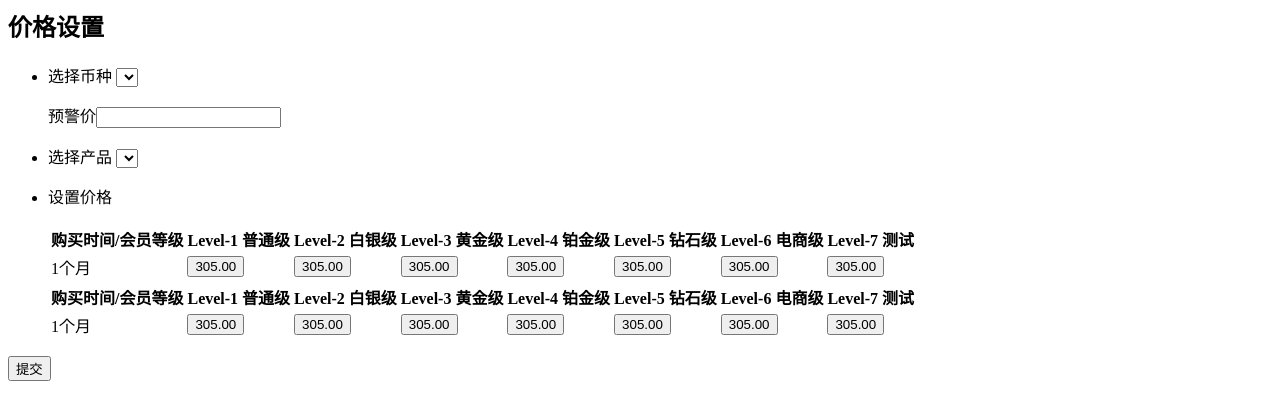
Repository: wangyan466393/racentSystem
Page: priceSetting.html
These files come from the project's save history. The page is drawn as it stood at one moment and after the next save; the edit follows.
The browser window is 1280 px wide. The pictures show the whole page.

Above is the page before, as saved 2020-08-13 10:40:56.

### priceSetting.html
<div id="content_box">
    <h2>价格设置</h2>
<div class="config_box">
    <div class="price_content">
        <ul>
            <li>
                <p>
                    <span>选择币种</span>
                    <select name="" id="" class="config_inp">
                        <option value=""></option>
                    </select>
                </p>
                <p>
                    <span>预警价</span><input type="text" class="config_inp">
                </p>
            </li>
            <li>
                <p>
                    <span>选择产品</span>
                    <select name="" id="" class="config_inp">
                        <option value=""></option>
                    </select>
                </p>
            </li>

            <li>
               <p> <span>设置价格</span></p>
               <div class="priceData_box">
                <table id="price_tabledata" class="price_tabledata">
                    <thead>
                        <tr>
                            <th>购买时间/会员等级</th>
                            <th>Level-1 普通级</th>
                            <th>Level-2 白银级</th>
                            <th>Level-3 黄金级</th>
                            <th>Level-4 铂金级</th>
                            <th>Level-5 钻石级</th>
                            <th>Level-6 电商级</th>
                            <th>Level-7 测试</th>
                        </tr>
                    </thead>
                    <tbody>
                        <tr>
                            <td>1个月</td>
                            <td><button>305.00</button></td>
                            <td><button>305.00</button></td>
                            <td><button>305.00</button></td>
                            <td><button>305.00</button></td>
                            <td><button>305.00</button></td>
                            <td><button>305.00</button></td>
                            <td><button>305.00</button></td>
                        </tr>
                    </tbody>
                </table>
                <table id="price_tabledata2" class="price_tabledata">
                    <thead>
                        <tr>
                            <th>购买时间/会员等级</th>
                            <th>Level-1 普通级</th>
                            <th>Level-2 白银级</th>
                            <th>Level-3 黄金级</th>
                            <th>Level-4 铂金级</th>
                            <th>Level-5 钻石级</th>
                            <th>Level-6 电商级</th>
                            <th>Level-7 测试</th>
                        </tr>
                    </thead>
                    <tbody>
                        <tr>
                            <td>1个月</td>
                            <td><button>305.00</button></td>
                            <td><button>305.00</button></td>
                            <td><button>305.00</button></td>
                            <td><button>305.00</button></td>
                            <td><button>305.00</button></td>
                            <td><button>305.00</button></td>
                            <td><button>305.00</button></td>
                        </tr>
                    </tbody>
                </table>
                </div>
            </li>

        </ul>
    </div>
</div>
</div>
<div class="email_back_btn">
    <button type="button">提交</button>
</div>

<script src="js/jquery-1.11.3.js"></script>
<script>
    getProductListsData();
    function getProductListsData() {
        var tableInfo = ""
        for (var i = 0; i < 15; i++) {    //遍历Table的所有Row
            tableInfo += `
            <li>
                <input type="checkbox"><label for="">PositiveSSL DV多域名SSL证书</label>
            </li>
            `
        }
        $(".right_content .intro").append(tableInfo)
    }
</script>

Loaded but not shown: js/jquery-1.11.3.js (library)

After the next save:
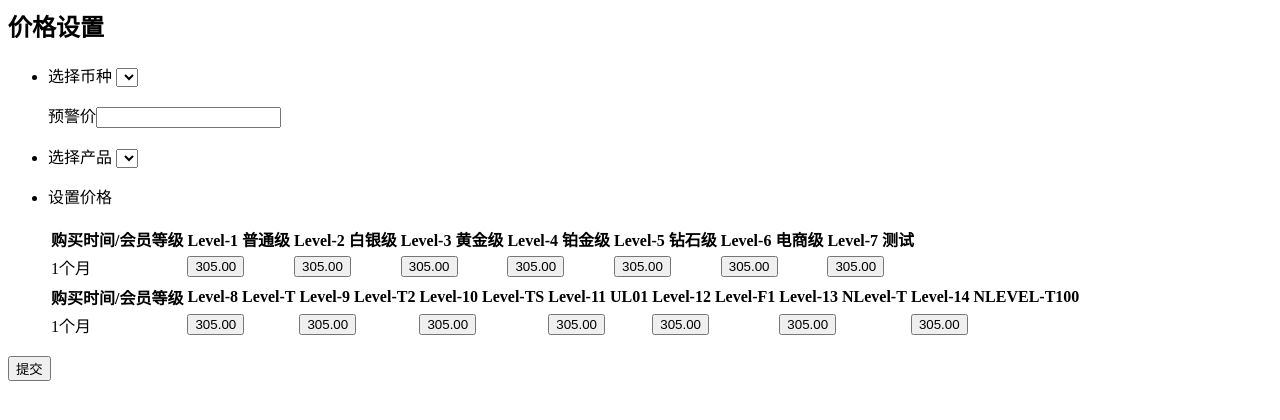
Saved 3 min 34 s later.
--- a/priceSetting.html
+++ b/priceSetting.html
@@ -56,13 +56,13 @@
                     <thead>
                         <tr>
                             <th>购买时间/会员等级</th>
-                            <th>Level-1 普通级</th>
-                            <th>Level-2 白银级</th>
-                            <th>Level-3 黄金级</th>
-                            <th>Level-4 铂金级</th>
-                            <th>Level-5 钻石级</th>
-                            <th>Level-6 电商级</th>
-                            <th>Level-7 测试</th>
+                            <th>Level-8 Level-T</th>
+                            <th>Level-9 Level-T2</th>
+                            <th>Level-10 Level-TS</th>
+                            <th>Level-11 UL01</th>
+                            <th>Level-12 Level-F1</th>
+                            <th>Level-13 NLevel-T</th>
+                            <th>Level-14 NLEVEL-T100</th>
                         </tr>
                     </thead>
                     <tbody>
